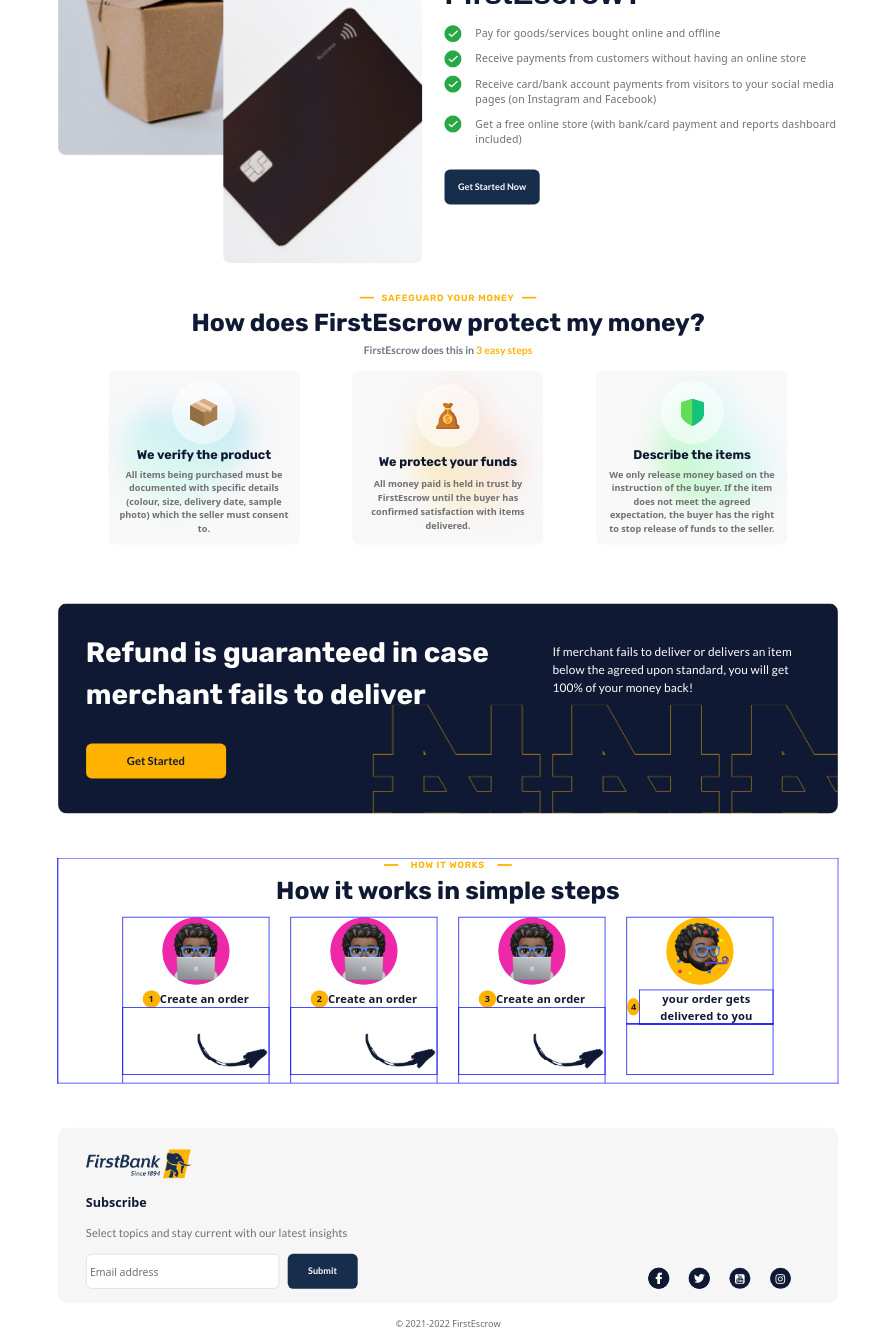
Repository: Pepperest-dev/First_Escrow_Home
Page: index.html
An editor plug-in stored every save of this project. The page is shown before and after the next save, followed by the edit.
The browser window is 1280 px wide. The pictures show the part of the page from y = 1253 to 3173 px (the page is 3173 px tall), at 70% of full size.

Above is the page before, as saved 2021-09-27 12:45:01.

After the next save:
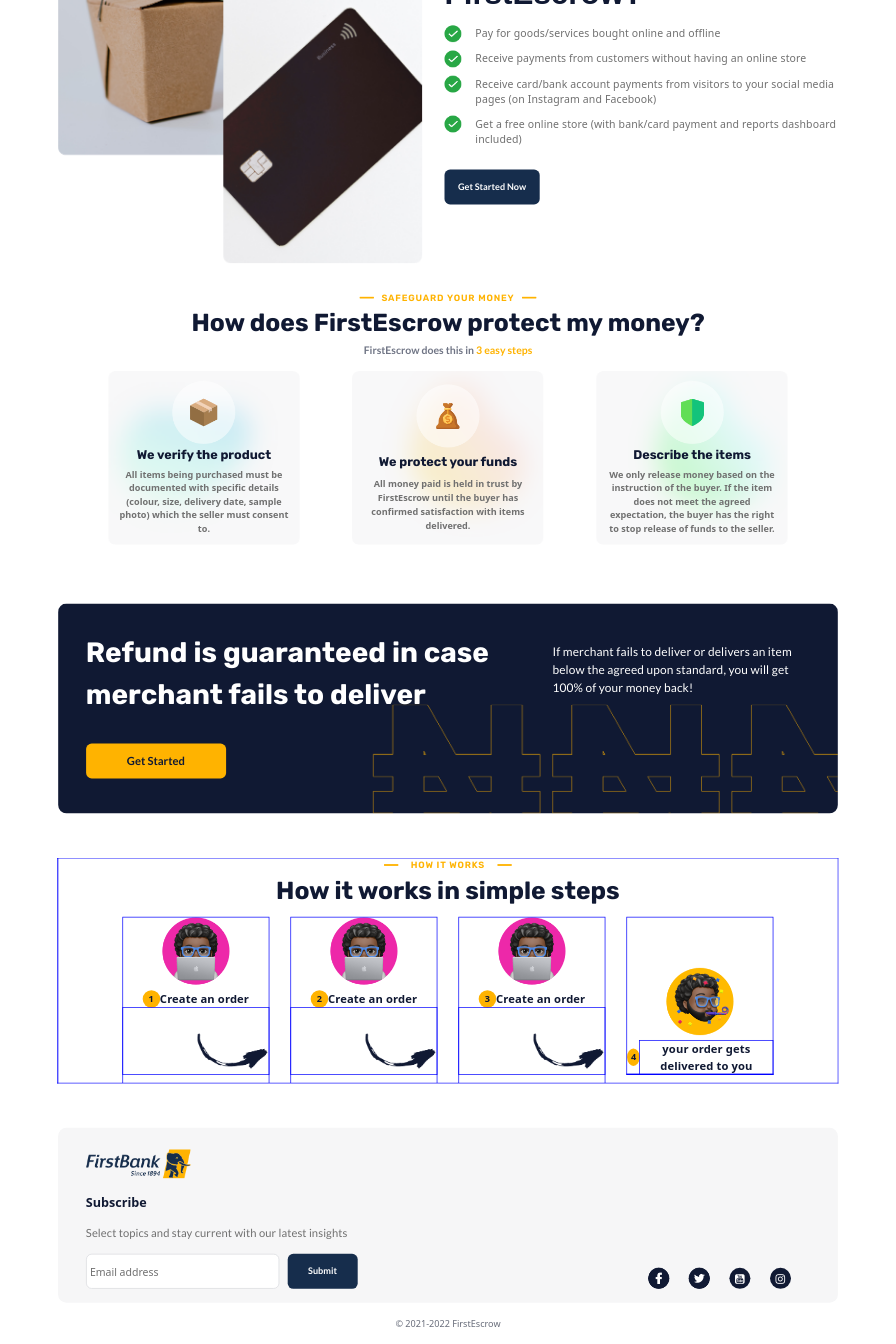
Saved 16 s later.
--- a/index.html
+++ b/index.html
@@ -337,8 +337,8 @@
             class="
               fourBoxes
               flex flex-col
-              justify-end
-              md:justify-start
+              md:justify-end
+              justify-start
               my-3
               h-56
               w-52
